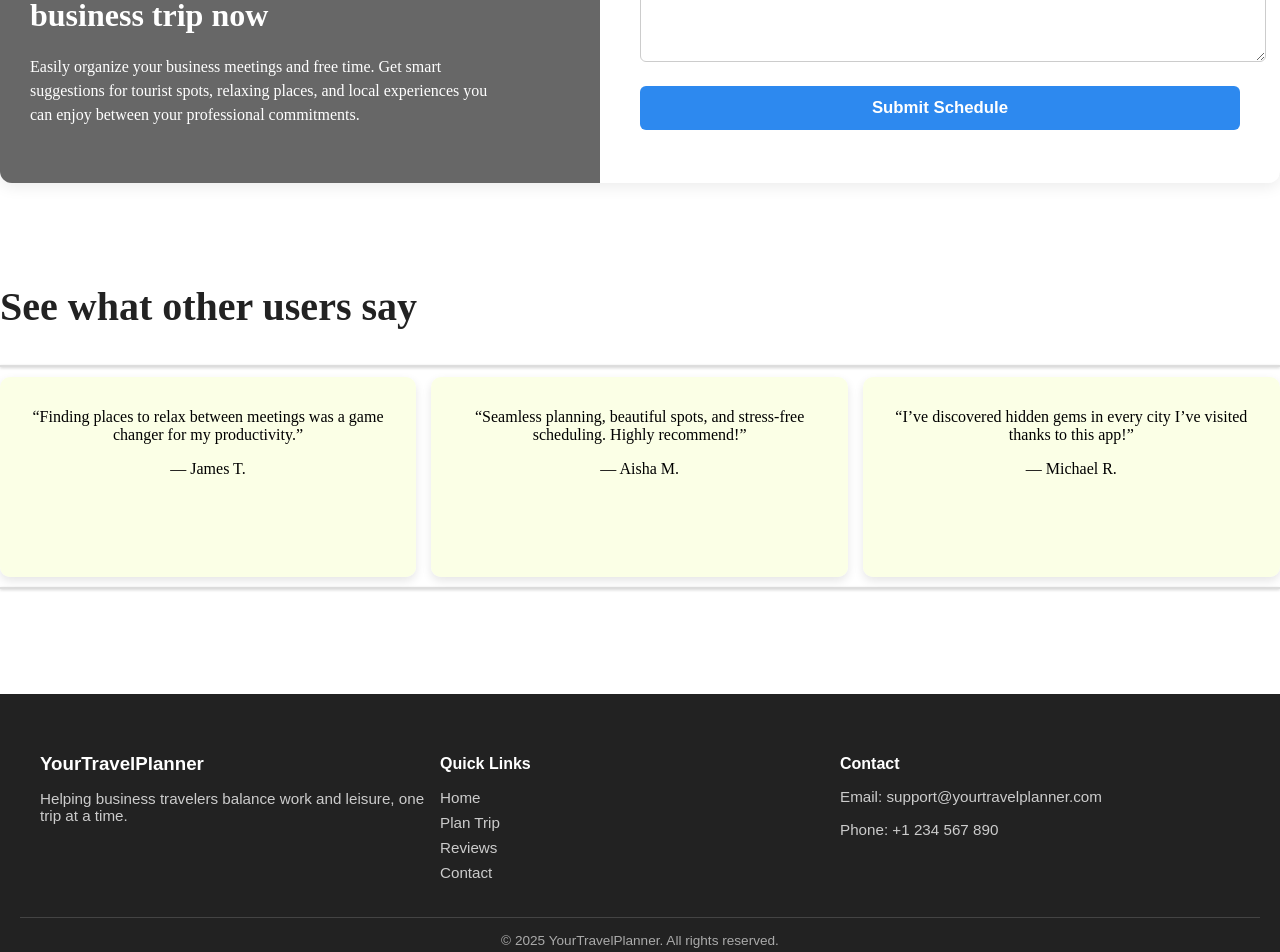
Repository: Nakib-Arman/Javafest25---travL
Page: / (app in Frontend/)
An editor plug-in stored every save of this project. The page is shown before and after a run of saves, followed by the edit.
The browser window is 1280 px wide. The pictures show the part of the page from y = 1374 to 2326 px (the page is 2342 px tall).
Pictures or frames that could not be fetched are drawn as grey boxes. The project was rebuilt for these pictures with package versions that can differ from the ones it lists, and the page was loaded fresh each time. Also part of the build but not shown: Frontend/vite.config.js, Frontend/src/CSS/AuthForms.css, Frontend/src/Components/AuthForms.jsx, Frontend/src/CSS/SchedulePlanner.css, Frontend/src/Components/SchedulePlanner.jsx.

Above is the page before, as saved 2025-08-24 00:24:38.

### Frontend/src/index.css
html, body {
    height: 100%;
    margin: 0;
    padding: 0;
    position: relative;
}

body {
    /* background-image: url('./assets/background2.jpg'); */
    background-color: white;
    background-position: center;
    background-repeat: no-repeat;
    background-size: cover;
    background-attachment: fixed;
}

### Frontend/src/App.jsx
import { Routes, Route } from "react-router-dom";
import Home from "./Components/Home";
import Login from "./Components/AuthForms";
import SchedulePlanner from "./Components/SchedulePlanner";
import AuthForms from "./Components/AuthForms";

function App() {
  return (
    <Routes>
      <Route path="/" element={<Home />} />
      <Route path="/auth" element={<AuthForms />} />
      <Route path="/schedule-planner" element={<SchedulePlanner />} />
    </Routes>
  );
}

export default App;

### Frontend/src/Components/Home.jsx
import React, { useState, useEffect, useRef } from 'react';
import { useNavigate } from 'react-router-dom';
import '../CSS/Home.css';

import img1 from '../assets/travel1.jpg';
import img2 from '../assets/travel2.jpg';
import img3 from '../assets/travel3.jpg';

import Topbar from './Topbar';
import ScheduleForm from './ScheduleForm';
import Reviews from './Reviews';
import Footer from './Footer';

export default function Home() {
  const navigate = useNavigate();
  const images = [img1, img2, img3];
  const [currentIndex, setCurrentIndex] = useState(0);
  const [isSidebarOpen, setIsSidebarOpen] = useState(false);
  const planFormRef = useRef(null);
  const reviewRef = useRef(null);



  const toggleSidebar = () => {
    if (isSidebarOpen) {
      setIsSidebarOpen(false);
    }
    else {
      setIsSidebarOpen(true);
    }
  };

  const scrollToPlanForm = () => {
    planFormRef.current?.scrollIntoView({ behavior: "smooth" });
    toggleSidebar();
  }

  const scrollToReviews = () => {
    reviewRef.current?.scrollIntoView({ behavior: "smooth" });
    toggleSidebar();
  }

  useEffect(() => {
    const timer = setInterval(() => {
      setCurrentIndex(prev => (prev + 1) % images.length);
    }, 8000);
    return () => clearInterval(timer);
  }, [images.length]);



  return (
    <div className="home-container">
      {/* 1. Topbar */}
      <Topbar
        isSidebarOpen={isSidebarOpen}
        toggleSidebar={toggleSidebar}
        onPlanTripClick={scrollToPlanForm}
        onReviewClick={scrollToReviews}
      />
      {isSidebarOpen && (
        <div
          className='overlay'
          onClick={() => setIsSidebarOpen(false)}
        />
      )}

      {/* 2.sliding images */}
      <div className="slideshow-container">
        <div
          className="slide-track"
          style={{ transform: `translateX(-${currentIndex * 100}%)` }}
        >
          {images.map((src, idx) => (
            <img key={idx} src={src} alt={`Slide ${idx}`} className="slide-image" />
          ))}
        </div>

        <div className="overlay-text">
          <div className="overlay-buttons">
            <button className="btn signup-btn" onClick={() => navigate("/auth?mode=signup")}>Sign Up</button>
            <button className="btn login-btn" onClick={() => navigate("/auth?mode=login")}>Log In</button>
          </div>
          <h1>Find your pause, wherever you go</h1>
          <p>Plan your business trips with ease and find the perfect spots to unwind.
            Experience the perfect balance between productivity and relaxation.</p>
        </div>
      </div>

      {/* 3. Planning Form */}
      <div ref={planFormRef}>
        <ScheduleForm/>
      </div>

      {/* 4. Reviews */}
      <div ref={reviewRef}>
        <Reviews/>
      </div>

      {/* 5. Footer  */}
      <Footer/>

    </div>
  );
}

### Frontend/src/CSS/Home.css
/* basic container */
.home-container {
    margin: 0;
    padding: 0;
    height: 100vh;
    width: 100vw;
    position: relative;
    color: black;
}


/* sliding image */
.slideshow-container {
    position: relative;
    margin-top: 100px;
    margin-left: 0px;
    width: 100%;
    height: calc(100% - 250px);
    overflow: hidden;
    background-color: black;
    z-index: 2;
}

.slide-track {
    display: flex;
    transition: transform 0.8s ease-in-out;
    height: 100%;
}

.slide-image {
    min-width: 100%;
    height: 100%;
    object-fit: cover;
    opacity: 0.5;
}


/* text on the sliding image */
.overlay-text {
    position: absolute;
    bottom: 5%;
    left: 5%;
    transform: none;
    text-align: left;
    color: white;
    text-shadow: 2px 2px 6px rgba(0, 0, 0, 0.7);
    z-index: 2;
}

.overlay-text h1 {
    font-size: 3rem;
    margin-bottom: 10px;
}

.overlay-text p {
    font-size: 1.3rem;
}


/* signup and login button */
.overlay-buttons {
    margin-top: 20px;
    display: flex;
    gap: 15px;
}

.btn {
    padding: 12px 24px;
    font-size: 1.1rem;
    border: none;
    border-radius: 30px;
    cursor: pointer;
    font-weight: bold;
    transition: background-color 0.3s ease, transform 0.2s ease;
    width: 200px;
    opacity: 0.8;
    box-shadow: 0 2px 5px rgba(0, 0, 0, 0.2);
}

.signup-btn {
    background-color: #e6e2e2dc;
    color: black;
}

.signup-btn:hover {
    background-color: #e9ebe9;
    color: black;
    transform: scale(1.05);
}

.login-btn {
    background-color: #e6e2e2dc;
    color: black;
}

.login-btn:hover {
    background-color: #e9ebe9;
    transform: scale(1.05);
}

### Frontend/src/Components/Topbar.jsx
// src/components/Topbar.js
import React, { useState } from 'react';
import { Navigate, useNavigate } from 'react-router-dom';
import '../CSS/Topbar.css';
import Sidebar from './Sidebar';

export default function Topbar(props) {
  const navigate = useNavigate();
  return (
    <div>
      <nav className="topbar">

        <div className="left-section">
          <div className="hamburger" onClick={props.toggleSidebar}>
            <span></span>
            <span></span>
            <span></span>
          </div>
          <a href="/" className="logo-link"></a>
        </div>
        <div className="nav-buttons">
          <button onClick={() => navigate("/auth?mode=login")}>Log In</button>
          <button onClick={() => navigate("/auth?mode=signup")}>Sign Up</button>
          <button onClick={() => navigate("/contactus")}>Contact Us</button>
        </div>
      </nav>
      <Sidebar
        sidebarClass={props.isSidebarOpen ? "sidebar" : "sidebar-show"}
        toggleSidebar={props.toggleSidebar}
        onPlanTripClick={props.onPlanTripClick}
        onReviewClick={props.onReviewClick}
      />
    </div>
  );
}

### Frontend/src/Components/Reviews.jsx
import React, { useState, useEffect,useRef } from "react";
import '../CSS/Reviews.css';

export default function Reviews() {

    const reviews = [
        { name: "Sophia L.", text: "This service completely transformed my business trips. I now actually look forward to traveling!" },
        { name: "James T.", text: "Finding places to relax between meetings was a game changer for my productivity." },
        { name: "Aisha M.", text: "Seamless planning, beautiful spots, and stress-free scheduling. Highly recommend!" },
        { name: "Michael R.", text: "I’ve discovered hidden gems in every city I’ve visited thanks to this app!" },
        { name: "Emily W.", text: "Perfect balance between work and relaxation — exactly what I needed." },
        { name: "David K.", text: "No more stress trying to figure out where to go. Everything’s planned perfectly." },
        { name: "Priya S.", text: "It’s like having a local guide and personal assistant rolled into one." },
        { name: "Liam P.", text: "Made my work trips more enjoyable than ever before!" },
        { name: "Hannah G.", text: "Smart recommendations and easy scheduling. Love it!" }
    ];


    const [reviewIndex, setReviewIndex] = useState(0);
    const [cardWidth, setCardWidth] = useState(0);
    const cardRef = useRef(null);



    useEffect(() => {
        const timer = setInterval(() => {
            setReviewIndex(prev => {
                const maxIndex = reviews.length - 3; // max starting index
                return prev < maxIndex ? prev + 1 : 0; // reset to 0 after last slide
            });
        }, 3000);
        return () => clearInterval(timer);
    }, [reviews.length]);


    useEffect(() => {
        if (cardRef.current) {
            setCardWidth(cardRef.current.offsetWidth + 15);
        }
    }, []);

    return (
        <div className="review-section">
            <h2 className="review-title">See what other users say</h2>

            <div className="review-slideshow">
                <div className="review-line top-line"></div>

                <div
                    className="review-track"
                    style={{ transform: `translateX(-${reviewIndex * cardWidth}px)` }}
                >
                    {reviews.map((review, idx) => (
                        <div
                            className="review-card"
                            key={idx}
                            ref={idx === 0 ? cardRef : null}
                        >
                            <p className="review-text">“{review.text}”</p>
                            <span className="review-author">— {review.name}</span>
                        </div>
                    ))}
                </div>

                <div className="review-line bottom-line"></div>
            </div>
        </div>
    );
}

### Frontend/src/Components/Footer.jsx
import React from "react";
import '../CSS/Footer.css';

export default function Footer() {
  return (
    <footer className="footer">
      <div className="footer-container">
        {/* About / Brand */}
        <div className="footer-section">
          <h3>YourTravelPlanner</h3>
          <p>Helping business travelers balance work and leisure, one trip at a time.</p>
        </div>

        {/* Quick Links */}
        <div className="footer-section">
          <h4>Quick Links</h4>
          <ul>
            <li><a href="#home">Home</a></li>
            <li><a href="#schedule">Plan Trip</a></li>
            <li><a href="#reviews">Reviews</a></li>
            <li><a href="#contact">Contact</a></li>
          </ul>
        </div>

        {/* Contact */}
        <div className="footer-section">
          <h4>Contact</h4>
          <p>Email: support@yourtravelplanner.com</p>
          <p>Phone: +1 234 567 890</p>
          <div className="social-icons">
            <a href="#"><i className="fab fa-facebook-f"></i></a>
            <a href="#"><i className="fab fa-twitter"></i></a>
            <a href="#"><i className="fab fa-instagram"></i></a>
          </div>
        </div>
      </div>

      <div className="footer-bottom">
        &copy; {new Date().getFullYear()} YourTravelPlanner. All rights reserved.
      </div>
    </footer>
  );
}

### Frontend/src/CSS/Topbar.css
/* basic container */
.topbar {
  position: fixed;
  top: 0;
  left: 0;
  right: 0;
  height: 100px;
  background-color: hsl(97, 62%, 93%);
  display: flex;
  justify-content: space-between;
  align-items: flex-end;
  padding: 0 20px;
  box-shadow: 0 2px 10px rgba(0, 0, 0, 0.2);
  z-index: 1000;
}

/* Group container for hamburger + logo */
.left-section {
  display: flex;
  align-items: center;
  gap: 15px;
}


/* hamburger icon */
.hamburger {
  display: flex;
  flex-direction: column;
  justify-content: space-between;
  width: 25px;
  height: 18px;
  cursor: pointer;
}

.hamburger span {
  display: block;
  height: 3px;
  background-color: black;
  border-radius: 2px;
}


/* logo */
.logo-link {
  display: inline-block;
  height: 100px;
  width: 180px;
  background-image: url('../assets/Logo1.png');
  background-size: contain;
  background-repeat: no-repeat;
  background-position: center;
}



/* Navigation buttons container */
.nav-buttons {
  display: flex;
  gap: 12px;
}

.nav-buttons button {
  background-color: transparent;
  color: black;
  border: none;
  padding: 8px 16px;
  border-radius: 6px;
  font-size: 14px;
  font-weight: 500;
  cursor: pointer;
  transition: background-color 0.3s ease;
}

.nav-buttons button:hover {
  background-color: #354434;
  color: white;
}

### Frontend/src/Components/Sidebar.jsx
// src/components/Sidebar.js
import React from 'react';
import { Navigate, useNavigate } from 'react-router-dom';
import '../CSS/Sidebar.css';

export default function Sidebar(props) {
  const navigate = useNavigate();
  return (
    <div className={props.sidebarClass}>
      {/* Sidebar Header */}
      <div className="sidebar-header">
        <div className="hamburger" onClick={props.toggleSidebar}>
          <span></span>
          <span></span>
          <span></span>
        </div>
        <a href="/" className="logo-link"></a>
      </div>

      {/* Sidebar Buttons */}
      <div className="sidebar-buttons">
        <button onClick={props.onPlanTripClick}>Plan a Schedule</button>
        <button onClick={props.onReviewClick}>Reviews</button>
        <button onClick={() => navigate("/aboutus")}>About Us</button>
      </div>
    </div>
  );
}

### Frontend/src/CSS/ScheduleForm.css
.schedule-container {
    margin-top: 100px;
}

.schedule-title {
    font-size: 2.5rem;
    font-weight: bold;
    margin-top: 40px;
    margin-bottom: 30px;
    color: #222;
    max-width: 1400px;
    margin-left: auto;
    margin-right: auto;
    text-align: left;
}

.schedule-wrapper {
    display: flex;
    max-width: 1500px;
    height: 800px;
    margin: 40px auto;
    background: #fff;
    border-radius: 12px;
    overflow: hidden;
    box-shadow: 0 4px 15px rgba(0, 0, 0, 0.08);
}

/* LEFT SIDE */
.schedule-left {
    flex: 1;
    position: relative;
    background: #f5f5f5;
    height: 100%;
}

.schedule-left img {
    width: 100%;
    height: 100%;
    object-fit: cover;
}

.schedule-left::after {
    content: "";
    position: absolute;
    top: 0;
    left: 0;
    right: 0;
    bottom: 0;
    background: rgba(0, 0, 0, 0.35);
}

.headline {
    position: absolute;
    bottom: 40px;
    left: 30px;
    color: white;
    max-width: 80%;
    z-index: 1;
}

.headline h2 {
    font-size: 2rem;
    margin-bottom: 10px;
}

.headline p {
    font-size: 1rem;
    line-height: 1.5;
}

/* RIGHT SIDE FORM */
.form-container {
    flex: 1;
    padding: 30px 40px;
    font-family: Arial, sans-serif;
    overflow-y: auto;
    height: 100%;
    background: #fff;

    /* 👇 Added top shadow */
    box-shadow: 0 -6px 12px rgba(0, 0, 0, 0.12);
    border-top-left-radius: 12px;
    border-top-right-radius: 12px;
}

.form-container h2 {
    text-align: center;
    margin-bottom: 25px;
    color: #222;
}

.form-container h3 {
    margin-top: 25px;
    margin-bottom: 10px;
    color: #444;
    border-bottom: 2px solid #f0f0f0;
    padding-bottom: 5px;
}

.meeting-row,
.free-row {
    display: flex;
    flex-wrap: wrap;
    gap: 10px;
    margin-bottom: 10px;
}

.meeting-row input,
.free-row input {
    flex: 1;
    min-width: 120px;
    padding: 10px 12px;
    border: 1px solid #ccc;
    border-radius: 6px;
    font-size: 1rem;
}

.remove-btn {
    background: #ff4d4d;
    color: white;
    border: none;
    border-radius: 6px;
    padding: 4px 10px;
    font-size: 1.2rem;
    cursor: pointer;
    margin-left: 5px;
    align-self: center;
    transition: background-color 0.3s ease;
}

.remove-btn:hover {
    background: #e63939;
}

button[type="button"] {
    background: #f3f3f3;
    color: #333;
    padding: 6px 14px;
    margin-top: 5px;
    border: none;
    border-radius: 6px;
    cursor: pointer;
    font-size: 0.9rem;
    transition: background-color 0.3s ease;
}

button[type="button"]:hover {
    background: #e4e4e4;
}

label {
    display: inline-flex;
    align-items: center;
    margin-right: 15px;
    font-size: 0.95rem;
    cursor: pointer;
}

label input {
    margin-right: 6px;
}

.form-group {
    margin-top: 20px;
}

.form-group label {
    display: block;
    font-weight: 500;
    margin-bottom: 8px;
    color: #444;
}

.form-group textarea {
    width: 100%;
    min-height: 120px;
    padding: 12px;
    border: 1px solid #ccc;
    border-radius: 6px;
    resize: vertical;
    font-size: 1rem;
    font-family: Arial, sans-serif;
}

.form-group textarea:focus {
    outline: none;
    border-color: #2d89ef;
    box-shadow: 0 0 4px rgba(45, 137, 239, 0.4);
}

button[type="submit"] {
    margin-top: 20px;
    width: 100%;
    background: #2d89ef;
    color: white;
    padding: 12px;
    font-size: 1.05rem;
    font-weight: bold;
    border: none;
    border-radius: 6px;
    cursor: pointer;
    transition: background-color 0.3s ease;
}

button[type="submit"]:hover {
    background: #1c6cd3;
}

/* Mobile view */
@media (max-width: 900px) {
    .schedule-wrapper {
        flex-direction: column;
        height: auto;
    }

    .schedule-left {
        height: 250px;
    }

    .form-container {
        height: auto;
        overflow-y: visible;
    }

    .schedule-left h2 {
        font-size: 1.4rem;
    }
}

### Frontend/src/CSS/Reviews.css
/* Reviews */
.review-section {
    margin-top: 100px;
    text-align: center;
}

.review-title {
    font-size: 2.5rem;
    font-weight: bold;
    margin-top: 40px;
    margin-bottom: 30px;
    color: #222;
    max-width: 1400px;
    margin-left: auto;
    margin-right: auto;
    text-align: left;
}

.review-line {
    height: 2px;
    width: 100%;
    background: #ddd;
    box-shadow: 0 1px 3px rgba(0, 0, 0, 0.2);
    margin: 5px 0;
}

.top-line {
    margin-bottom: 10px;
}

.bottom-line {
    margin-top: 10px;
}

.review-slideshow {
    margin-top: 25px;
    overflow: hidden;
    max-width: 1500px;
    margin-left: auto;
    margin-right: auto;
}

.review-track {
    display: flex;
    transition: transform 0.6s ease-in-out;
    gap: 15px;
}

.review-card {
    background: rgba(251, 255, 228, 0.9);
    padding: 15px;
    border-radius: 10px;
    box-shadow: 0 4px 10px rgba(10, 1, 1, 0.1);
    flex: 0 0 calc((100% / 3) - 10px);
    box-sizing: border-box;
    min-height: 200px;
}

### Frontend/src/CSS/Footer.css
.footer {
    margin-top: 100px;
    background-color: #222;
    color: #eee;
    padding: 40px 20px 20px 20px;
    font-family: Arial, sans-serif;
  }

  .footer-container {
    display: flex;
    justify-content: space-between;
    flex-wrap: wrap;
    max-width: 1200px;
    margin: auto;
  }

  .footer-section {
    flex: 1;
    min-width: 200px;
    margin-bottom: 20px;
  }

  .footer-section h3, .footer-section h4 {
    color: #fff;
    margin-bottom: 15px;
  }

  .footer-section p, .footer-section li, .footer-section a {
    font-size: 0.95rem;
    color: #ccc;
    text-decoration: none;
  }

  .footer-section ul {
    list-style: none;
    padding: 0;
  }

  .footer-section li {
    margin-bottom: 8px;
  }

  .footer-section a:hover {
    color: #2d89ef;
  }

  .social-icons a {
    display: inline-block;
    margin-right: 10px;
    color: #ccc;
    font-size: 1.2rem;
    transition: color 0.3s;
  }

  .social-icons a:hover {
    color: #2d89ef;
  }

  .footer-bottom {
    text-align: center;
    padding-top: 15px;
    border-top: 1px solid #444;
    font-size: 0.85rem;
    color: #aaa;
  }

### Frontend/src/CSS/Sidebar.css
/* Sidebar open */
.sidebar {
  position: fixed;
  top: 0;   /* start from very top */
  left: 0;
  width: 240px;
  height: 100vh;
  background-image: url('../assets/background2.jpg');
  background-position: center;
  background-repeat: no-repeat;
  background-size: cover;
  display: flex;
  flex-direction: column;
  z-index: 1050;
  box-shadow: 2px 0 10px rgba(0, 0, 0, 0.15);
  transform: translateX(0);
  transition: transform 0.3s ease;
}

/* Sidebar closed */
.sidebar-show {
  position: fixed;
  top: 0;   /* start from very top */
  left: 0;
  width: 240px;
  height: 100vh;
  background-image: url('../assets/background2.jpg');
  background-position: center;
  background-repeat: no-repeat;
  background-size: cover;
  display: flex;
  flex-direction: column;
  z-index: 1050;
  box-shadow: 2px 0 10px rgba(0, 0, 0, 0.15);
  transform: translateX(-100%);
  transition: transform 0.3s ease;
}

/* Overlay tint inside sidebar */
.sidebar::before,
.sidebar-show::before {
  content: '';
  position: absolute;
  top: 0;
  left: 0;
  right: 0;
  bottom: 0;
  background: rgba(241, 255, 238, 0.9);
  z-index: 1;
  pointer-events: none;
}

/* Sidebar header (hamburger + logo) */
.sidebar-header {
  display: flex;
  align-items: center;
  gap: 15px;
  padding: 40px 15px 20px 15px;
  z-index: 2; /* above overlay */
}

/* Reuse hamburger + logo styles from Topbar */
.hamburger {
  display: flex;
  flex-direction: column;
  justify-content: space-between;
  width: 25px;
  height: 18px;
  cursor: pointer;
  z-index: 2;
}

.hamburger span {
  display: block;
  height: 3px;
  background-color: black;
  border-radius: 2px;
}

.logo-link {
  display: inline-block;
  height: 60px;
  width: 150px;
  background-image: url('../assets/Logo1.png');
  background-size: contain;
  background-repeat: no-repeat;
  background-position: center;
  z-index: 2;
}

/* Sidebar buttons */
.sidebar-buttons {
  display: flex;
  flex-direction: column;
  padding: 10px;
  gap: 10px;
  z-index: 2; /* above overlay */
}

.sidebar-buttons button {
  background-color: transparent;
  color: black;
  border: none;
  padding: 12px;
  text-align: left;
  border-radius: 4px;
  cursor: pointer;
  transition: background-color 0.3s ease;
}

.sidebar-buttons button:hover {
  background-color: #354434;
  color: white;
}

/* Dark background overlay (outside sidebar, for the rest of the page) */
.overlay {
  position: fixed;
  top: 0;
  left: 0;
  width: 100vw;
  height: 100vh;
  background: rgba(0,0,0,0.5); /* darkened */
  z-index: 1000; /* just below sidebar */
}

Loaded but not shown: Frontend/index.html (common file); Frontend/src/main.jsx (common file); Frontend/src/Components/ScheduleForm.jsx (133 lines, source omitted)

After the next 5 saves:
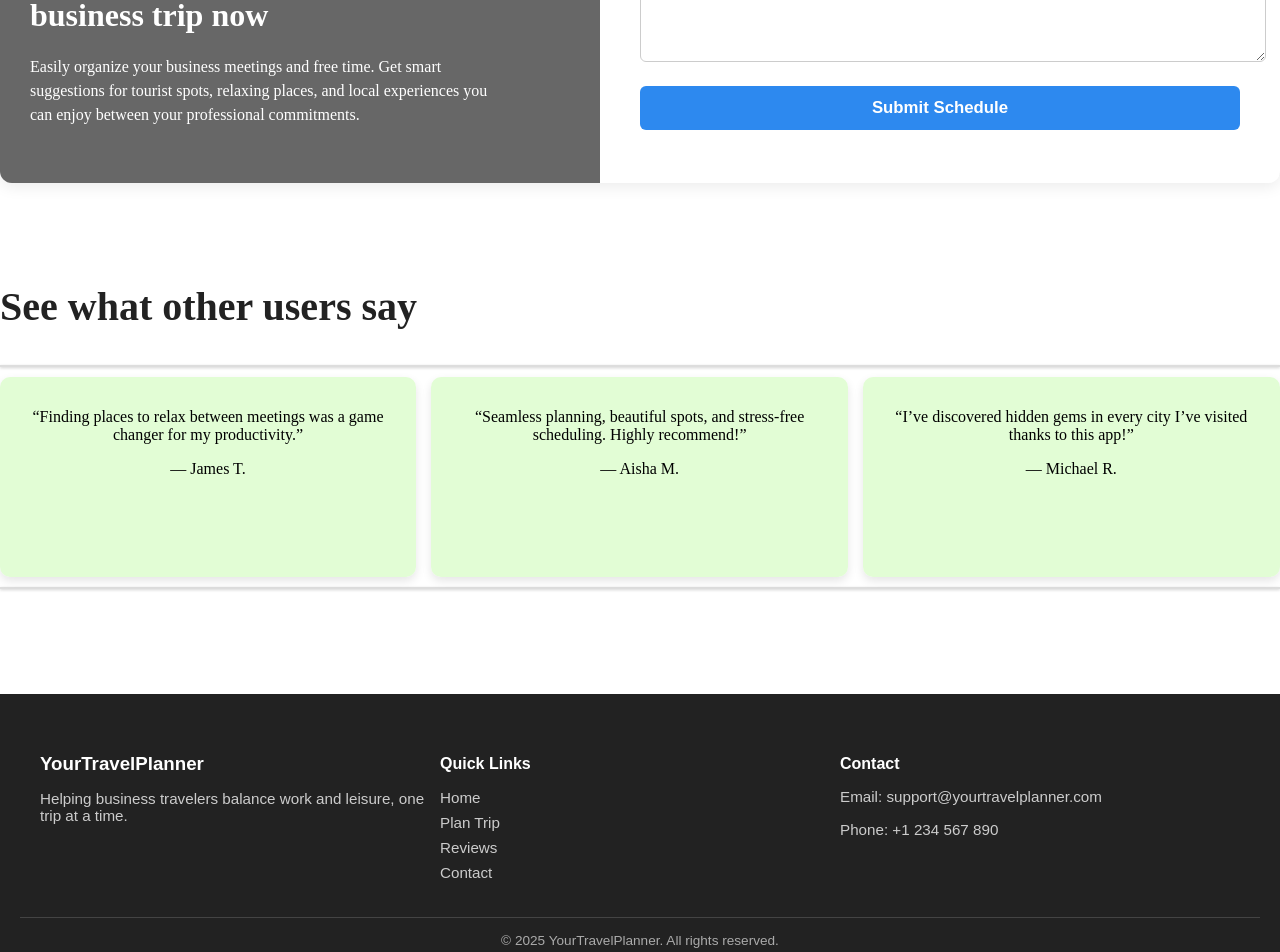
The 5 saves are shown as one change because they came seconds apart.
The last was saved 87 s later.
--- a/Frontend/src/CSS/Reviews.css
+++ b/Frontend/src/CSS/Reviews.css
@@ -47,7 +47,7 @@
 }
 
 .review-card {
-    background: rgba(251, 255, 228, 0.9);
+    background: rgba(223, 253, 209, 0.9);
     padding: 15px;
     border-radius: 10px;
     box-shadow: 0 4px 10px rgba(10, 1, 1, 0.1);
